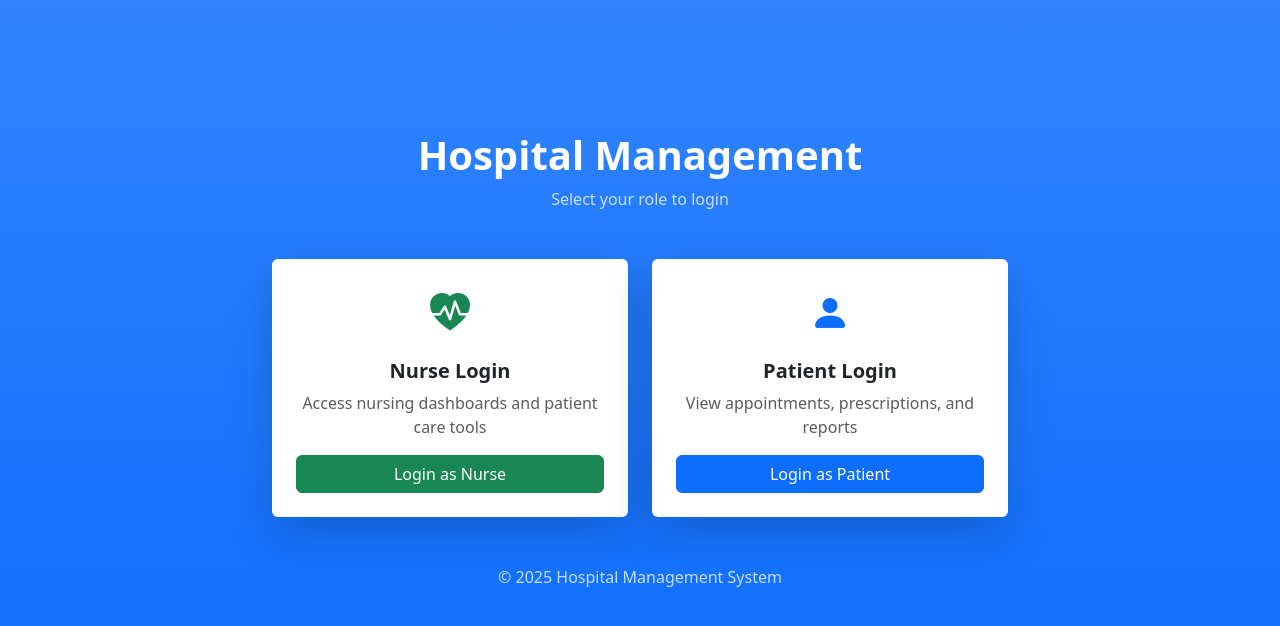
Repository: Rajasekaran0415/LifeCare-Management-System
Page: Project/login.html
These files come from the project's save history. The page is drawn as it stood at one moment and after a run of saves; the edit follows.
The browser window is 1280 px wide. The pictures show the whole page.

Above is the page before, as saved 2025-12-26 21:15:30.

### Project/login.html
<!DOCTYPE html>
<html lang="en">
<head>
  <meta charset="UTF-8">
  <title>Login Selection</title>

  <!-- Bootstrap CSS -->
  <link href="https://cdn.jsdelivr.net/npm/bootstrap@5.3.3/dist/css/bootstrap.min.css" rel="stylesheet">

  <!-- Bootstrap Icons -->
  <link href="https://cdn.jsdelivr.net/npm/bootstrap-icons/font/bootstrap-icons.css" rel="stylesheet">
</head>

<body class="bg-primary bg-gradient d-flex align-items-center" style="min-height:100vh;">

  <div class="container">

    <!-- Header -->
    <div class="text-center text-white mb-5">
      <h1 class="fw-bold">Hospital Management</h1>
      <p class="opacity-75">Select your role to login</p>
    </div>

    <div class="row justify-content-center g-4">


      <div class="col-md-4">
        <div class="card shadow-lg border-0 text-center">
          <div class="card-body p-4">
            <div class="mb-3 text-success">
              <i class="bi bi-heart-pulse-fill fs-1"></i>
            </div>
            <h5 class="card-title fw-bold">Nurse Login</h5>
            <p class="card-text text-muted">
              Access nursing dashboards and patient care tools
            </p>
            <a href="nurselogin.html" class="btn btn-success w-100">
              Login as Nurse
            </a>
          </div>
        </div>
      </div>

      <div class="col-md-4">
        <div class="card shadow-lg border-0 text-center">
          <div class="card-body p-4">
            <div class="mb-3 text-primary">
              <i class="bi bi-person-fill fs-1"></i>
            </div>
            <h5 class="card-title fw-bold">Patient Login</h5>
            <p class="card-text text-muted">
              View appointments, prescriptions, and reports
            </p>
            <a href="patientlogin.html" class="btn btn-primary w-100">
              Login as Patient
            </a>
          </div>
        </div>
      </div>

    </div>

    <div class="text-center text-white mt-5 opacity-75">
      © 2025 Hospital Management System
    </div>

  </div>

</body>
</html>

After the next 2 saves:
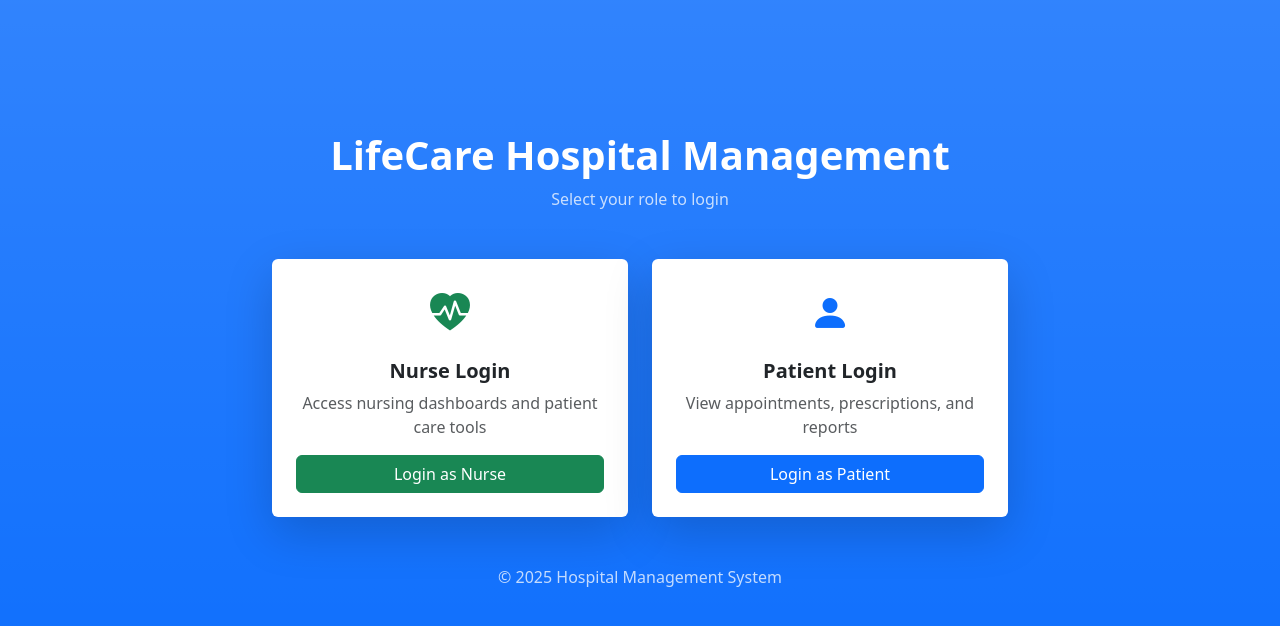
The 2 saves are shown as one change because they came seconds apart.
The last was saved 7 s later.
--- a/Project/login.html
+++ b/Project/login.html
@@ -17,7 +17,7 @@
 
     <!-- Header -->
     <div class="text-center text-white mb-5">
-      <h1 class="fw-bold">Hospital Management</h1>
+      <h1 class="fw-bold">LifeCare Hospital Management</h1>
       <p class="opacity-75">Select your role to login</p>
     </div>
 
